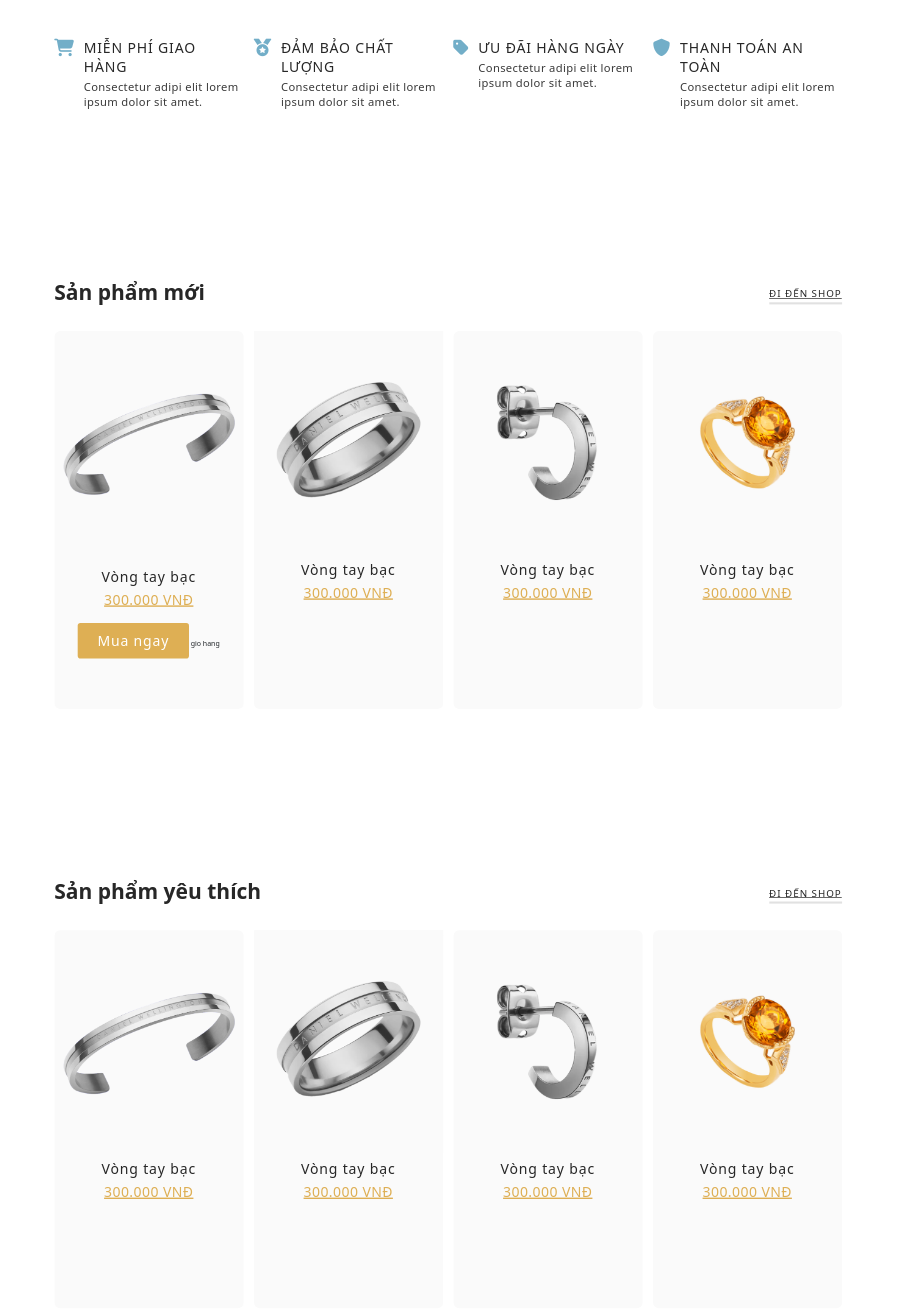
Repository: CangNgo/shoptrangsuc.github.io
Page: index.html
The author's editor kept a copy of each file at every save. The page is drawn from the files as they stood at one save, then again after the next save.
The browser window is 1280 px wide. The page is 1288 px wide, so the pictures cover 1288 px, including what lies to the right of the window. The pictures show the part of the page from y = 787 to 2667 px (the page is 5591 px tall), at 70% of full size.

Above is the page before, as saved 2024-01-11 18:03:29.

After the next save:
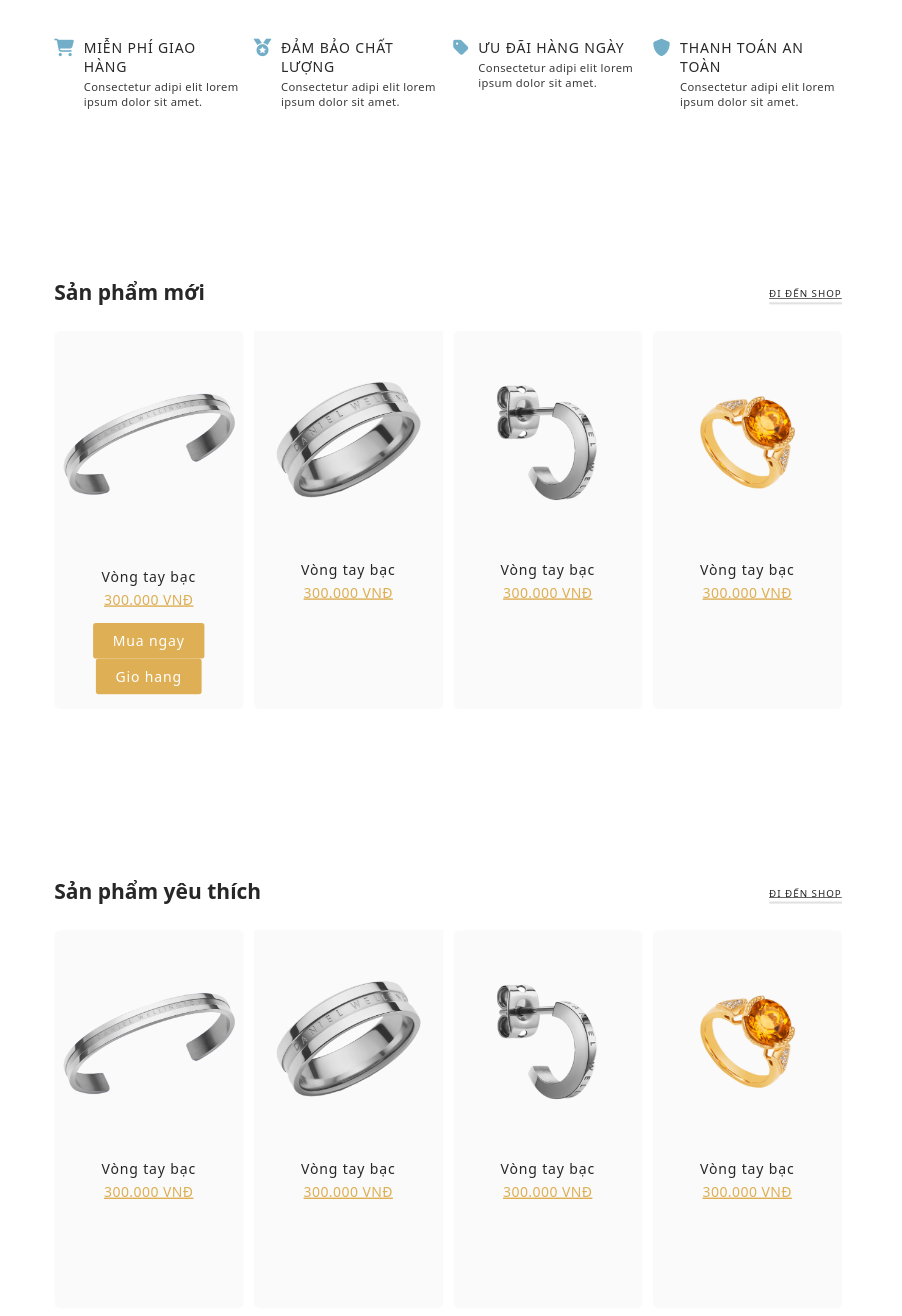
Saved 32 s later.
--- a/index.html
+++ b/index.html
@@ -163,7 +163,7 @@
                                 </div>
                                 <div class="buy-product">
                                     <button name="buy_product">Mua ngay</button>
-                                    gio hang
+                                    <button>Gio hang</button>
                                 </div>
                             </div>
                         </div>
